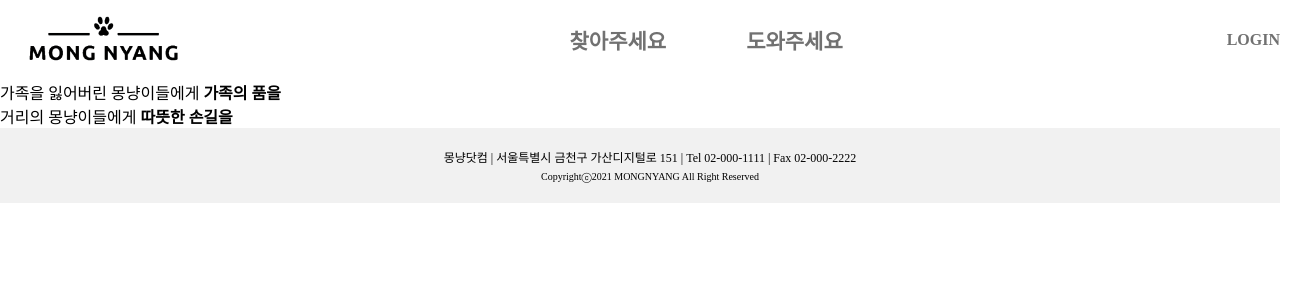
Repository: yl9517/2021.08.10_MONGNYANG_JSP
Page: http://localhost/mongNyang/main.jsp
These files come from the project's save history. The page is drawn as it stood at one moment and after the next save; the edit follows.
The browser window is 1280 px wide. The page is 1300 px wide, so the pictures cover 1300 px, including what lies to the right of the window. The pictures show the whole page.
The page is served by Tomcat 9.

Above is the page before, as saved 2021-08-13 14:58:08.

After the next save:
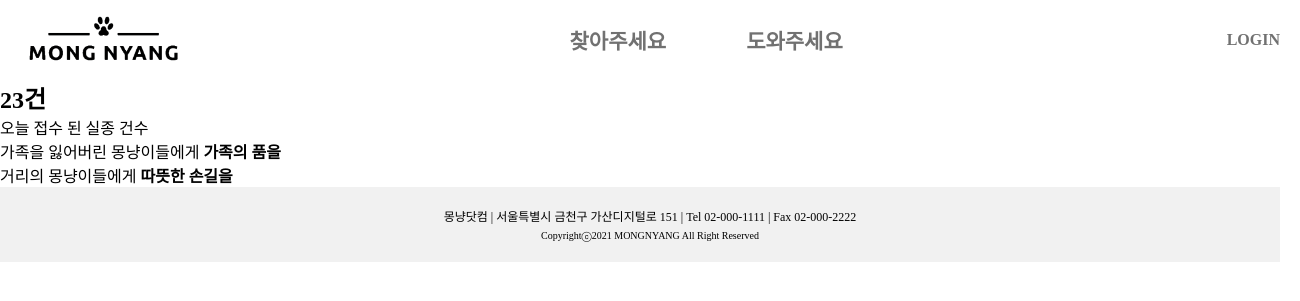
Saved 5 min 41 s later.
--- a/mongNyang/WebContent/main.jsp
+++ b/mongNyang/WebContent/main.jsp
@@ -13,8 +13,11 @@
 
 	<div id="main_wrap">
 		<div id="main_img">
-			<div id="data">
-
+			<div id="chart">
+				<div class="data">
+					<h2>23건</h2>
+					<p>오늘 접수 된 실종 건수</p>
+				</div>
 			</div>
 			<p class="msg">
 				가족을 잃어버린 몽냥이들에게 <b>가족의 품을</b> <br>
